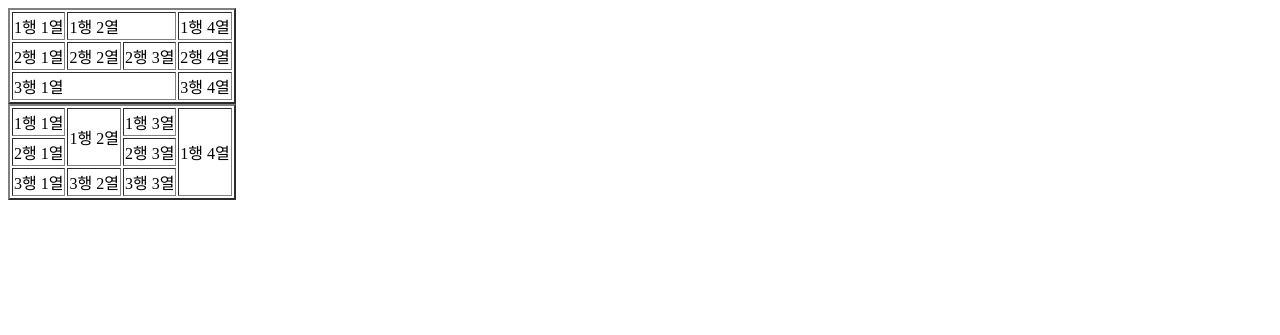
Repository: jaehyeon0418/workspace123
Page: w1024/src/main/webapp/w1024_07.html
These files come from the project's save history. The page is drawn as it stood at one moment and after the next save; the edit follows.
The browser window is 1280 px wide. The pictures show the whole page.

Above is the page before, as saved 2022-10-24 03:30:29.

### w1024/src/main/webapp/w1024_07.html
<!DOCTYPE html>
<html>
<head>
<meta charset="UTF-8">
<title>Insert title here</title>
</head>
<body>


	<table border="2">
		<tr>
			<td>1행 1열</td>
			<td colspan ="2">1행 2열</td>

			<td>1행 4열</td>
		</tr>

		<tr>

			<td>2행 1열</td>
			<td>2행 2열</td>
			<td>2행 3열</td>
			<td>2행 4열</td>

		</tr>

		<tr>
			<td colspan ="3">3행 1열</td>

			<td>3행 4열</td>

		</tr>
	</table>

	<table border="2">
		<tr>
			<td>1행 1열</td>
			<td rowspan ="2">1행 2열</td>
			<td>1행 3열</td>
			<td rowspan ="4">1행 4열</td>
		</tr>

		<tr>

			<td>2행 1열</td>

			<td>2행 3열</td>


		</tr>

		<tr>
			<td>3행 1열</td>
			<td>3행 2열</td>
			<td>3행 3열</td>


		</tr>
	</table>







</body>
</html>

After the next save:
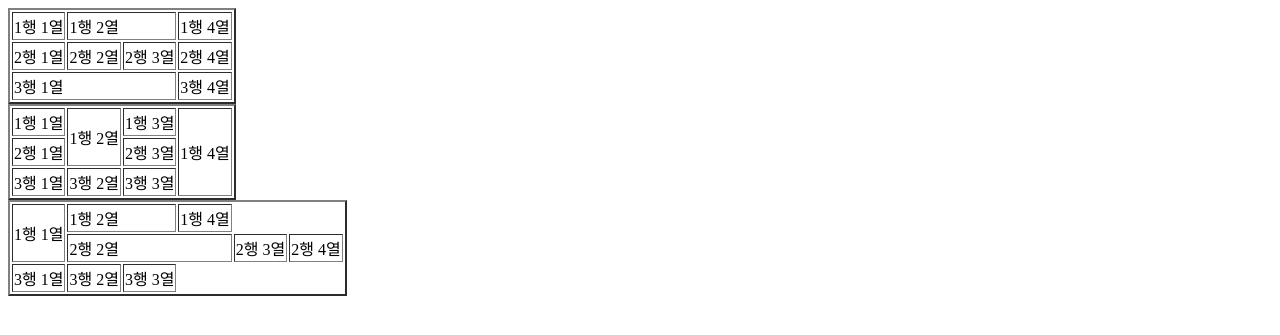
Saved 117 s later.
--- a/w1024/src/main/webapp/w1024_07.html
+++ b/w1024/src/main/webapp/w1024_07.html
@@ -10,7 +10,7 @@
 	<table border="2">
 		<tr>
 			<td>1행 1열</td>
-			<td colspan ="2">1행 2열</td>
+			<td colspan="2">1행 2열</td>
 
 			<td>1행 4열</td>
 		</tr>
@@ -25,7 +25,7 @@
 		</tr>
 
 		<tr>
-			<td colspan ="3">3행 1열</td>
+			<td colspan="3">3행 1열</td>
 
 			<td>3행 4열</td>
 
@@ -35,9 +35,9 @@
 	<table border="2">
 		<tr>
 			<td>1행 1열</td>
-			<td rowspan ="2">1행 2열</td>
+			<td rowspan="2">1행 2열</td>
 			<td>1행 3열</td>
-			<td rowspan ="4">1행 4열</td>
+			<td rowspan="4">1행 4열</td>
 		</tr>
 
 		<tr>
@@ -58,8 +58,32 @@
 		</tr>
 	</table>
 
+	<table border="2">
+		<tr>
+			<td rowspan ="2">1행 1열</td>
+			<td colspan="2">1행 2열</td>
+
+			<td>1행 4열</td>
+		</tr>
+
+		<tr>
 
 
+			<td colspan = "3">2행 2열</td>
+			<td>2행 3열</td>
+			<td>2행 4열</td>
+
+
+		</tr>
+
+		<tr>
+			<td>3행 1열</td>
+			<td>3행 2열</td>
+			<td>3행 3열</td>
+
+
+		</tr>
+	</table>
 
 
 
